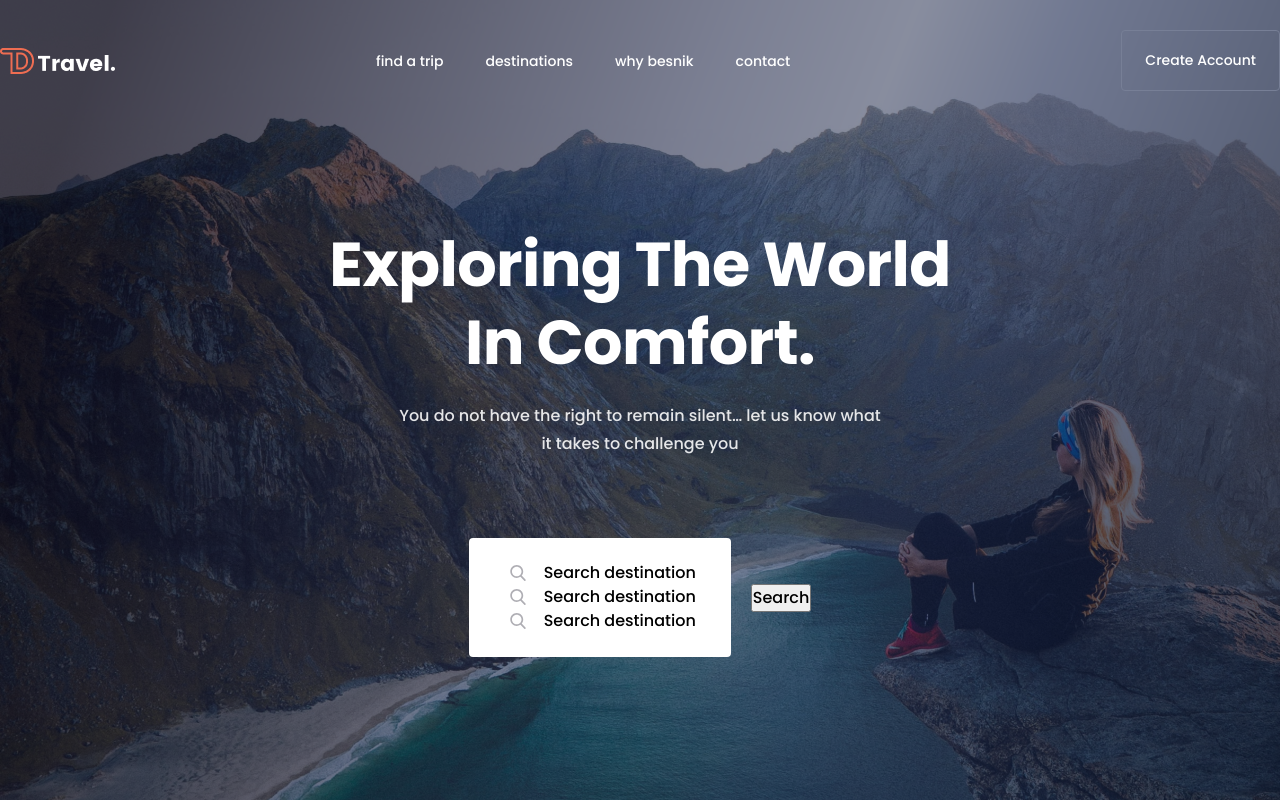
Repository: hoang0508/LandingPage-CodeTravel2
Page: index.html
The author's editor kept a copy of each file at every save. The page is drawn from the files as they stood at one save, then again after the next save.
The browser window is 1280 px wide. The pictures show the whole page.
The style sheet was rebuilt from its Sass, Less or Tailwind sources for each picture, by a compiler version that may differ from the author's.

Above is the page before, as saved 2022-09-15 16:50:39.

### index.html
<!DOCTYPE html>
<html lang="en">
  <head>
    <meta charset="UTF-8" />
    <meta http-equiv="X-UA-Compatible" content="IE=edge" />
    <meta name="viewport" content="width=device-width, initial-scale=1.0" />
    <title>Travale LandingPage</title>
    <link rel="stylesheet" href="./css/style.css" />
  </head>
  <body>
    <div class="wrapper">
      <!-- HEADER -->
      <header class="header">
        <div class="container">
          <div class="header-main">
            <div class="header-logo">
              <img src="./images/Logo.png" alt="Logo" />
            </div>
            <nav class="header-menu">
              <ul class="header-menu--list">
                <li class="header-menu--item">
                  <a href="#" class="header-menu--link">FIND A TRIP</a>
                </li>
                <li class="header-menu--item">
                  <a href="#" class="header-menu--link">DESTINATIONS</a>
                </li>
                <li class="header-menu--item">
                  <a href="#" class="header-menu--link">WHY BESNIK</a>
                </li>
                <li class="header-menu--item">
                  <a href="#" class="header-menu--link">CONTACT</a>
                </li>
              </ul>
            </nav>
            <div class="header-button">
              <button class="button button-acount">Create Account</button>
            </div>
          </div>

          <div class="header-content">
            <h1 class="header-content--title">
              Exploring The World In Comfort.
            </h1>
            <p class="header-content--desc">
              You do not have the right to remain silent… let us know what it
              takes to challenge you
            </p>
            <div class="header-form">
              <div class="header-content--form">
                <div class="form-down">
                  <div class="form-down--col">
                    <div class="form-down--icon">
                      <img src="./images/icon-search.svg" alt="" />
                    </div>
                    <span class="form-down--text">Search destination</span>
                  </div>
                  <div class="form-down--col">
                    <div class="form-down--icon">
                      <img src="./images/icon-search.svg" alt="" />
                    </div>
                    <span class="form-down--text">Search destination</span>
                  </div>
                  <div class="form-down--col">
                    <div class="form-down--icon">
                      <img src="./images/icon-search.svg" alt="" />
                    </div>
                    <span class="form-down--text">Search destination</span>
                  </div>
                </div>
              </div>
              <button>Search</button>
            </div>
          </div>
        </div>
      </header>
    </div>
  </body>
</html>

### sass/main.scss
@import "reset";
@import "variable";
@import "typography";
@import "base";
@import "global";
@import "header";

### sass/_reset.scss
*,
*::before,
*::after {
  box-sizing: border-box;
}
* {
  margin: 0;
  padding: 0;
  font: inherit;
}
body {
  line-height: 1.5;
}
img,
picture,
video,
canvas,
svg {
  display: block;
  max-width: 100%;
}
input,
button,
textarea,
select {
  outline: none;
}
p,
h1,
h2,
h3,
h4,
h5,
h6 {
  overflow-wrap: break-word;
}

a {
  text-decoration: none;
}

ul,
li {
  list-style: none;
}

### sass/_variable.scss
$text-white: #fff;
$primary-color: #34a5e4;

### sass/_typography.scss
@font-face {
  font-family: "Poppins";
  src: url("../fonts/Poppins-Regular.ttf") format("opentype");
  font-style: normal;
  font-display: auto;
  font-weight: 400;
}

@font-face {
  font-family: "Poppins";
  src: url("../fonts/Poppins-Light.ttf") format("opentype");
  font-style: normal;
  font-display: auto;
  font-weight: 300;
}

@font-face {
  font-family: "Poppins";
  src: url("../fonts/Poppins-Medium.ttf") format("opentype");
  font-style: normal;
  font-display: auto;
  font-weight: 500;
}

@font-face {
  font-family: "Poppins";
  src: url("../fonts/Poppins-SemiBold.ttf") format("opentype");
  font-style: normal;
  font-display: auto;
  font-weight: 600;
}

@font-face {
  font-family: "Poppins";
  src: url("../fonts/Poppins-Thin.ttf") format("opentype");
  font-style: normal;
  font-display: auto;
  font-weight: 100;
}

@font-face {
  font-family: "Poppins";
  src: url("../fonts/Poppins-Bold.ttf") format("opentype");
  font-style: normal;
  font-display: auto;
  font-weight: 700;
}

### sass/_base.scss
body {
  font-family: "Poppins", sans-serif;
  font-weight: 500;
}

.wrapper {
  max-width: 1600px;
  margin: 0 auto;
}

.container {
  max-width: 1280px;
  margin: 0 auto;
}

### sass/_global.scss
button.button {
  display: inline-block;
  border: 0;
  cursor: pointer;
  color: $text-white;
  &-acount {
    background-color: transparent;
    padding: 19px 23px;
    border: 1.5px solid #777f96;
    border-radius: 4px;
    font-size: 14px;
  }
}

### sass/_header.scss
.header {
  background-image: url("../images/header-img.png");
  min-height: 800px;
  background-size: cover;
  background-repeat: repeat;
  padding-top: 30px;
  &-main {
    display: flex;
    align-items: center;
    margin-bottom: 135px;
  }
  &-logo {
    margin-right: 261px;
  }
  &-menu {
    &--list {
      display: flex;
      align-items: center;
      gap: 0 42px;
      margin-right: 225px;
    }
    &--link {
      color: $text-white;
      text-transform: lowercase;
      font-size: 14px;
    }
  }
  &-button {
    margin-left: auto;
  }
  &-form {
    display: flex;
    justify-content: center;
    align-items: center;
    gap: 0 20px;
  }
  &-content {
    text-align: center;
    &--title {
      max-width: 640px;
      width: 100%;
      margin: 0 auto;
      font-size: 62px;
      font-weight: 700;
      color: $text-white;
      margin-bottom: 20px;
      letter-spacing: -0.01em;
      line-height: 78px;
    }
    &--desc {
      max-width: 493px;
      margin: 0 auto;
      color: #ffffff;
      font-weight: 500;
      mix-blend-mode: normal;
      opacity: 0.88;
      line-height: 28px;
      margin-bottom: 80px;
    }
    &--form {
      background-color: #ffffff;
      padding: 23px 35px 24px 41px;
      border-radius: 4px;
      box-shadow: 0px 40px 80px -22px rgba(98, 89, 89, 0.09);
      .form-down {
        &--col {
          display: flex;
          align-items: center;
          gap: 0 18px;
        }
        &--icon {
          width: 16px;
          height: 16px;
          display: inline-block;
          img {
            width: 100%;
            height: 100%;
            object-fit: cover;
          }
        }
      }
    }
  }
}

After the next save:
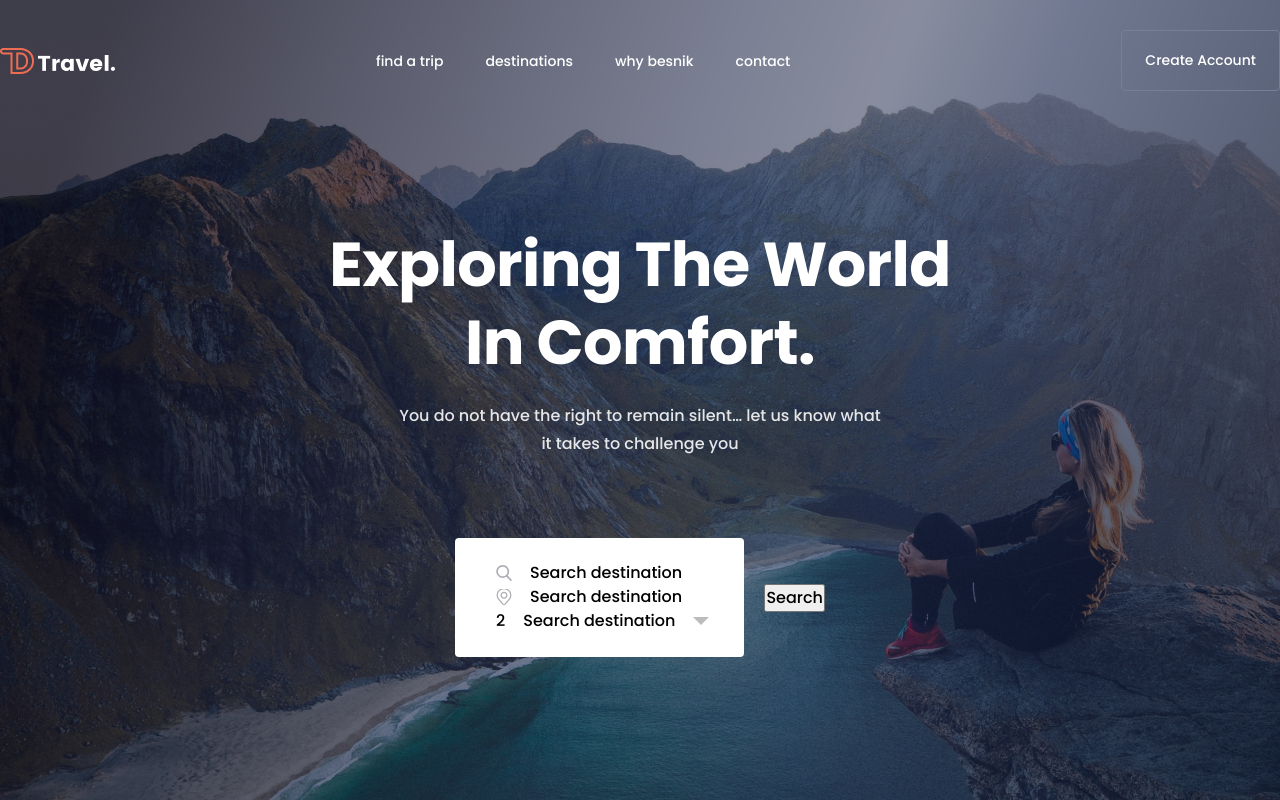
Saved 83 s later.
--- a/index.html
+++ b/index.html
@@ -56,15 +56,16 @@
                   </div>
                   <div class="form-down--col">
                     <div class="form-down--icon">
-                      <img src="./images/icon-search.svg" alt="" />
+                      <img src="./images/icon-loacation.svg" alt="" />
                     </div>
                     <span class="form-down--text">Search destination</span>
                   </div>
                   <div class="form-down--col">
+                    <span>2</span>
+                    <span class="form-down--text">Search destination</span>
                     <div class="form-down--icon">
-                      <img src="./images/icon-search.svg" alt="" />
+                      <img src="./images/icon-arrow.svg" alt="" />
                     </div>
-                    <span class="form-down--text">Search destination</span>
                   </div>
                 </div>
               </div>
